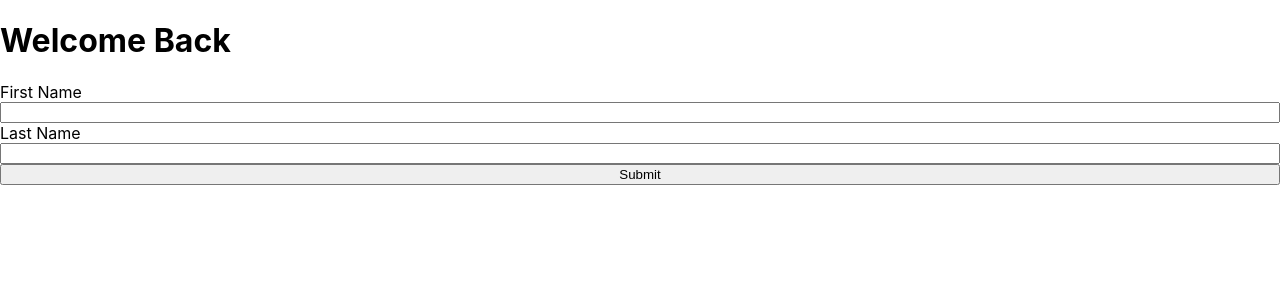
Repository: fatimash2123/todoApp
Page: /
An editor plug-in stored every save of this project. The page is shown before and after the next save, followed by the edit.
The browser window is 1280 px wide. The pictures show the whole page.
The project was rebuilt for these pictures with package versions that can differ from the ones it lists, and the page was loaded fresh each time.

Above is the page before, as saved 2024-02-12 10:45:59.

After the next save:
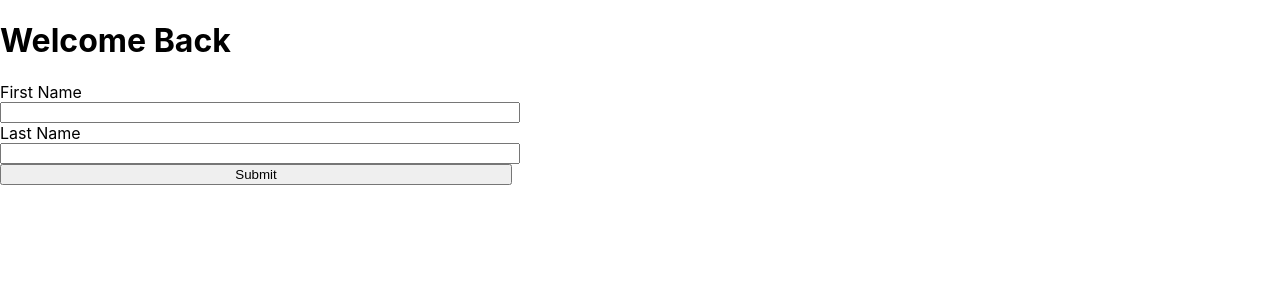
Saved 37 s later.
--- a/src/pages/Login/Login.module.css
+++ b/src/pages/Login/Login.module.css
@@ -3,3 +3,7 @@
     flex-direction: column;
 
 }
+
+input{
+    width: 40%;
+}
